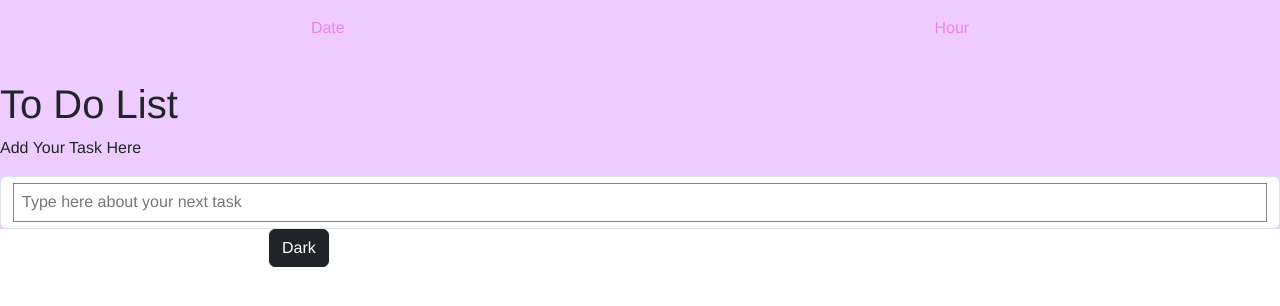
Repository: Passionblaz/TODO
Page: TODO/Untitled-1.html
The author's editor kept a copy of each file at every save. The page is drawn from the files as they stood at one save, then again after a run of saves.
The browser window is 1280 px wide. The pictures show the whole page.

Above is the page before, as saved 2023-07-14 11:49:00.

### TODO/Untitled-1.html
<!DOCTYPE html>
<html lang="en">
<head>
  <meta charset="UTF-8">
  <meta name="viewport" content="width=device-width, initial-scale=1.0">
  <title>Document</title>
  <link href="https://cdn.jsdelivr.net/npm/bootstrap@5.3.0/dist/css/bootstrap.min.css" rel="stylesheet" integrity="sha384-9ndCyUaIbzAi2FUVXJi0CjmCapSmO7SnpJef0486qhLnuZ2cdeRhO02iuK6FUUVM" crossorigin="anonymous">
  <!-- Bootstrap Bundle JS (jsDelivr CDN) -->
  <script defer src="https://cdn.jsdelivr.net/npm/bootstrap@5.3.0/dist/js/bootstrap.bundle.min.js" integrity="sha384-geWF76RCwLtnZ8qwWowPQNguL3RmwHVBC9FhGdlKrxdiJJigb/j/68SIy3Te4Bkz" crossorigin="anonymous"></script>
  <link rel="stylesheet" href="todostyles.css">
</head>
<body>
<div class="todo-container">
  <div class="date-hour">
    <p class="date">Date</p>
    <p class="hour">Hour</p>
  </div>
<header>
  <h1>To Do List</h1>
</header>

<form action="" id="todo-form">
  <p>Add Your Task Here</p>
<div class="form-control">
<input type="text" id="todo-input" placeholder="Type here about your next task">

</div>

</form>



</div>



  <div class="button">
     <button type="button" class="btn btn-dark">Dark</button>
    </div>


    </body>
</html>

### TODO/todostyles.css
*{
  padding: 0;
  margin: 0;
  box-sizing: border-box;
}
body{
  font-family: 'Franklin Gothic Medium', 'Arial Narrow', Arial, sans-serif;
  background: rgb(red, green, blue);

}
.form-control {
  display: flex;
}
.form-control input {
  flex: 1;
  outline: 0;
box-shadow: none;
border: 1px solid #858585;
}
.form-control button:hover {
  background-color: green;
}
.date-hour {
  display: flex;
  justify-content: space-around;
  align-items:center;
  padding: 1rem 1rem 1.5rem 1rem;
  font-size: 16px;
  color: violet;
}
button {
  background-color: darkorange;
  color: blue;
  border: 2px solid red;
  padding: 0.2rem 0.4rem;
  font-size: .8rem;
  cursor: pointer;
  justify-content: center;
  align-items: center;
  transition: .4s;
  border: 1px solid orange;
}
button:hover {
  background-color: orangered;
  color: white;
}
button > i {
  font-weight: bold;
  pointer-events: none;
}
input {
  padding: .4rem .5rem;
}
.hide {
  display: none;
}
.todo-container {
  background-color: #ecf;
}




.button {
  padding-left: 269px;

}

After the next 6 saves:
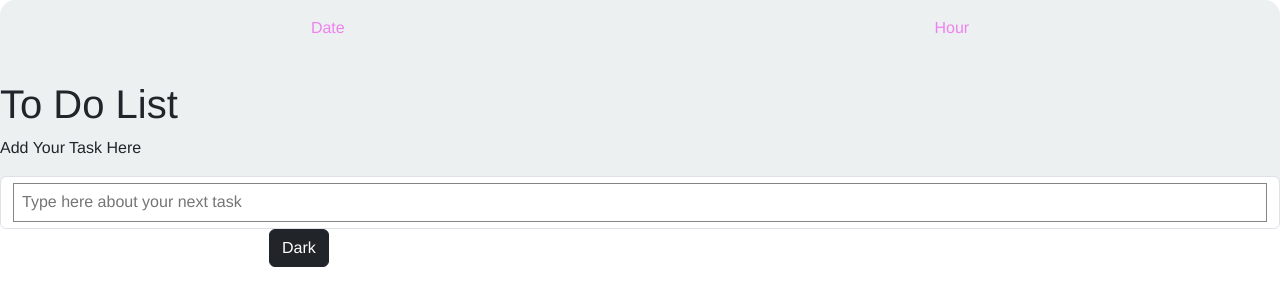
The 6 saves are shown as one change because they came seconds apart.
The last was saved 17 s later.
--- a/TODO/todostyles.css
+++ b/TODO/todostyles.css
@@ -55,7 +55,9 @@ input {
   display: none;
 }
 .todo-container {
-  background-color: #ecf;
+  background-color: #ecf0f1;
+  border-radius: 15px;
+
 }
 
 
